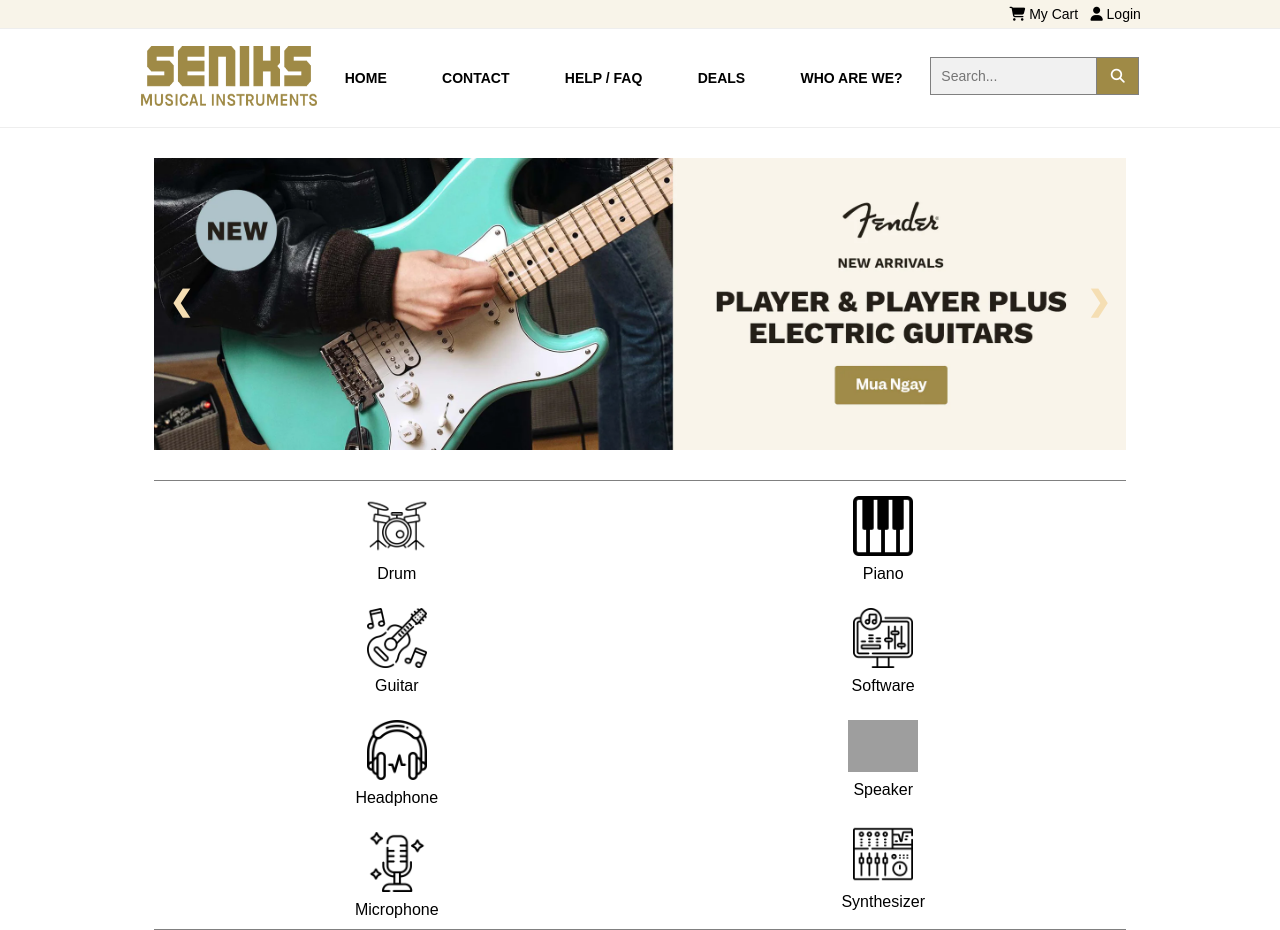
Repository: kuni-hoangnguyen/Do-an-tkweb-nam1
Page: index.html
These files come from the project's save history. The page is drawn as it stood at one moment and after the next save; the edit follows.
The browser window is 1280 px wide. The pictures show the whole page.
Pictures or frames that could not be fetched are drawn as grey boxes.

Above is the page before, as saved 2023-09-18 16:45:32.

After the next save:
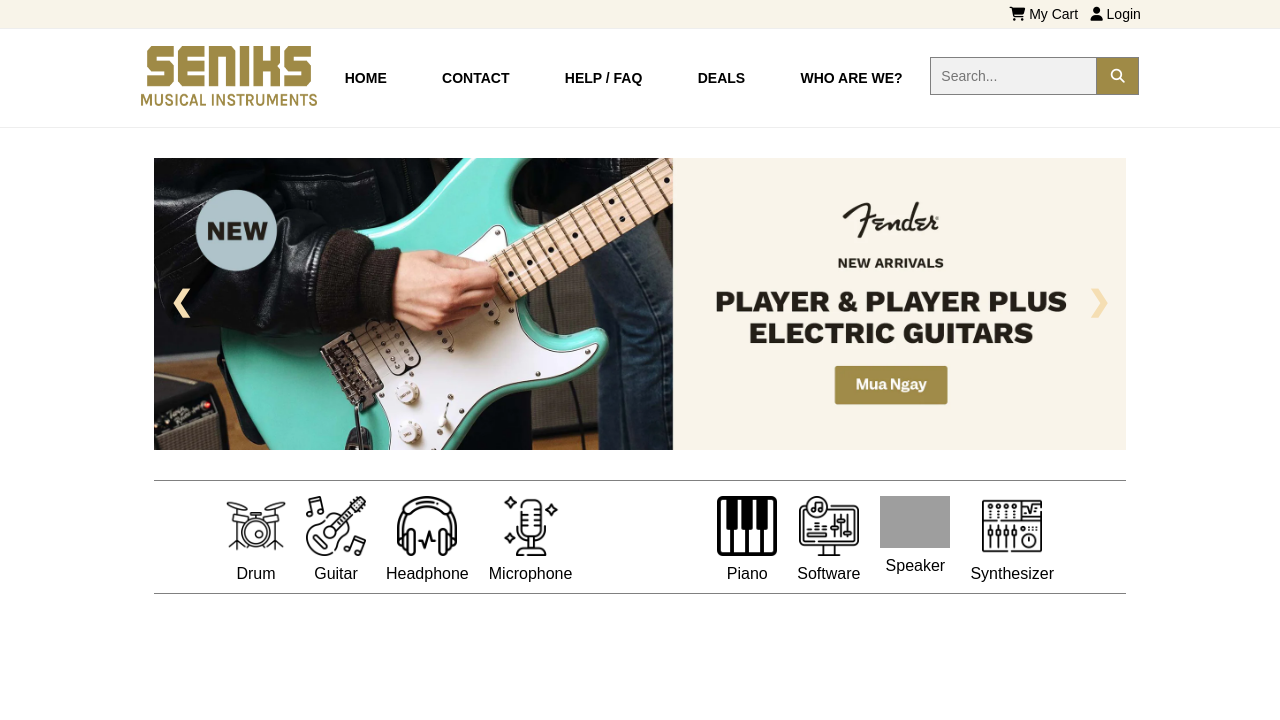
Saved 13 s later.
--- a/main.css
+++ b/main.css
@@ -155,6 +155,9 @@
 .list-item{
   padding: 10px;
 }
+.test{
+  display: flex;
+}
 
 @media(min-width:576px) {
   .row-menu1 .menu{

After the 2 saves that followed:
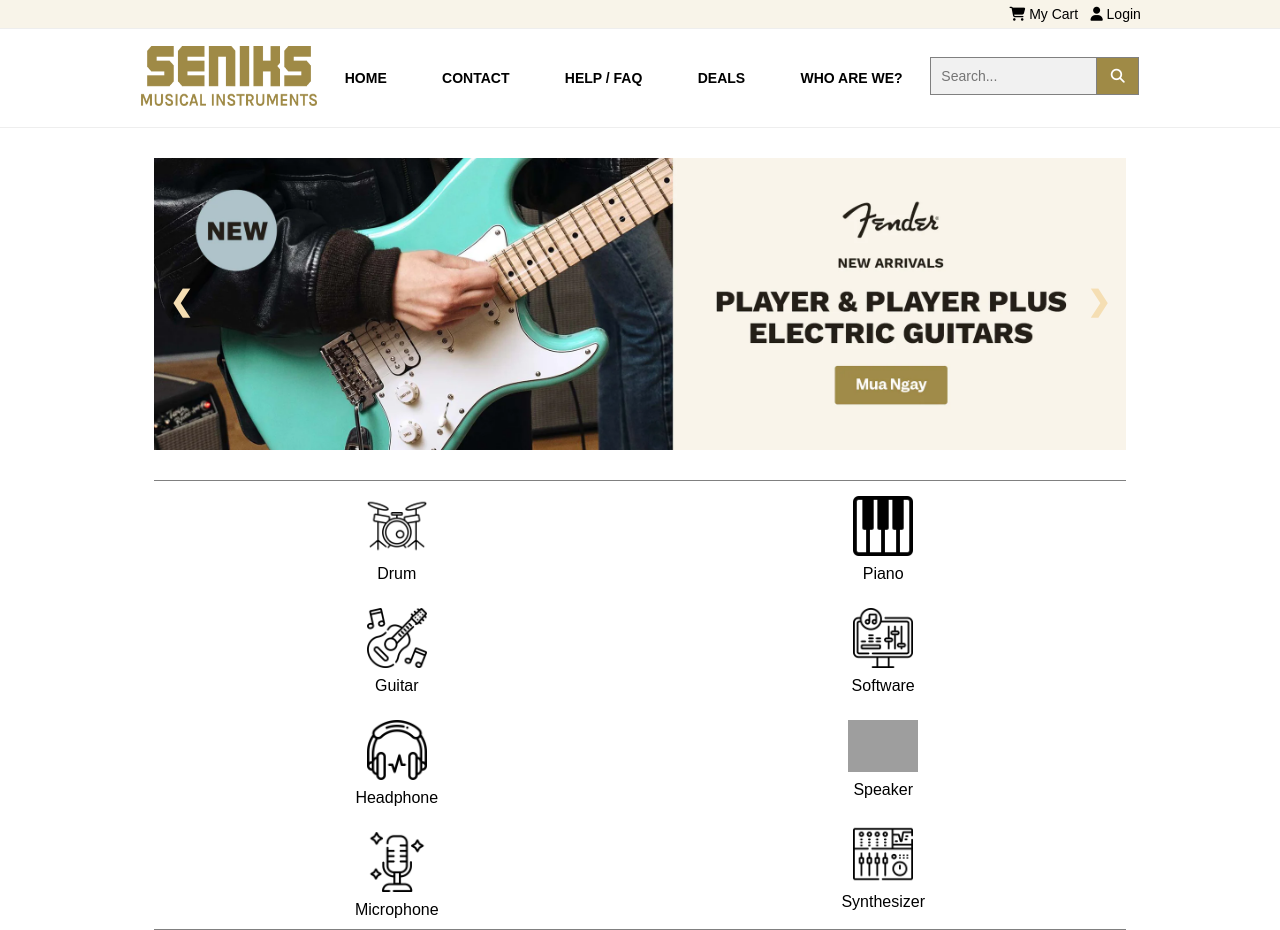
The 2 saves are shown as one change because 1 left the picture as it was.
The last was saved 104 s later.
--- a/main.css
+++ b/main.css
@@ -155,9 +155,6 @@
 .list-item{
   padding: 10px;
 }
-.test{
-  display: flex;
-}
 
 @media(min-width:576px) {
   .row-menu1 .menu{
